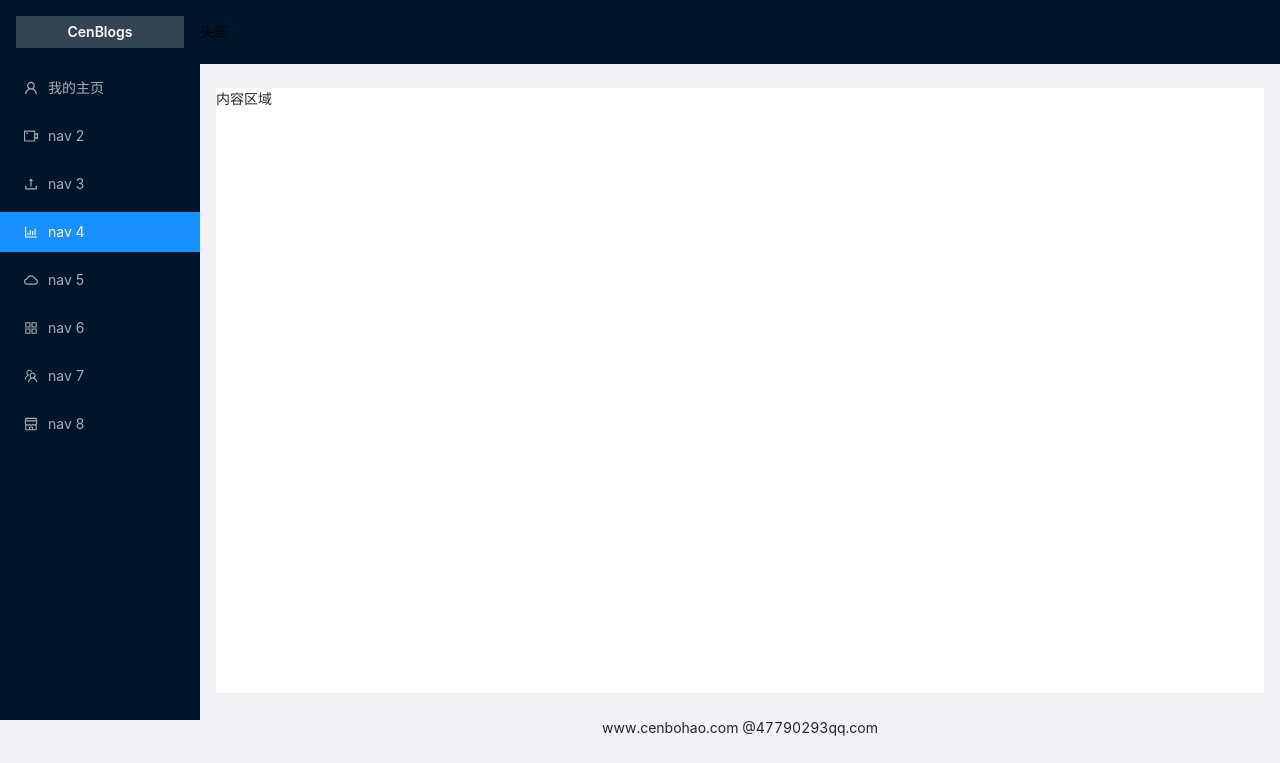
Repository: CBH20010703/bolgsweb
Page: / (app in blogs/)
These files come from the project's save history. The page is drawn as it stood at one moment and after the next save; the edit follows.
The browser window is 1280 px wide. The pictures show the whole page.
The project was rebuilt for these pictures with package versions that can differ from the ones it lists, and the page was loaded fresh each time. Also part of the build but not shown: blogs/src/component/Header/Headers.css, blogs/src/view/Home/Home.css, blogs/src/view/404/Error.jsx.

Above is the page before, as saved 2021-06-26 12:57:12.

### blogs/src/index.js
import React from 'react';
import ReactDOM from 'react-dom';
import './index.css';
import App from './App';



ReactDOM.render(<App />,document.getElementById('root'));

### blogs/src/App.js
import './App.css';
import { React, Component } from "react";
import Headers from './component/Header/Headers';
import MenuList from './component/Menu/MenuList';
import Footers from './component/Footer/Footers';
import RouterMap from './router/RouterMap';
import { Layout} from 'antd';

const {  Content, Sider } = Layout;
export default class  App extends Component {
  constructor(props) {
    super(props);
    this.state = {  collapsed: false, }
  }
   toggle = () => {
    this.setState({
      collapsed: !this.state.collapsed,
    });
  };
  render() {
    return (
      <Layout>
    <Sider
      style={{
        overflow: 'auto',
        height: '100vh',
        position: 'fixed',
        left: 0,
      }}
    >
       <MenuList/>
    </Sider>
    <Layout className="site-layout" style={{ marginLeft: 200 }}>
      <Headers></Headers>
          <Content style={{ margin: '24px 16px 0', overflow: 'initial', height: "84vh", background:"#fff" }}>
          <RouterMap />
      </Content>
      <Footers/>
    </Layout>
  </Layout>
    );
  }
}

### blogs/src/component/Header/Headers.jsx
import React, { Component } from 'react'
import { Layout } from 'antd';
import "./Headers.css"
const { Header } = Layout;
export default class Headers extends Component {
    render() {
        return (
            <div>
                <Header className="site-layout-background" style={{ padding: 0 }} > 头部</Header>
            </div>
        )
    }
}

### blogs/src/component/Menu/MenuList.jsx
import React, { Component } from 'react'
import { Menu } from 'antd';
import "./MenuList.css"
import {
  AppstoreOutlined,
  BarChartOutlined,
  CloudOutlined,
  ShopOutlined,
  TeamOutlined,
  UserOutlined,
  UploadOutlined,
  VideoCameraOutlined,
} from '@ant-design/icons';
export default class MenuList extends Component {
  render() {
    return (
      <div>
        <div className="logo" >
          CenBlogs
        </div>
        <Menu theme="dark" mode="inline" defaultSelectedKeys={['4']}>
          <Menu.Item key="1" icon={<UserOutlined />}>
            我的主页
          </Menu.Item>
          <Menu.Item key="2" icon={<VideoCameraOutlined />}>
            nav 2
          </Menu.Item>
          <Menu.Item key="3" icon={<UploadOutlined />}>
            nav 3
          </Menu.Item>
          <Menu.Item key="4" icon={<BarChartOutlined />}>
            nav 4
          </Menu.Item>
          <Menu.Item key="5" icon={<CloudOutlined />}>
            nav 5
          </Menu.Item>
          <Menu.Item key="6" icon={<AppstoreOutlined />}>
            nav 6
          </Menu.Item>
          <Menu.Item key="7" icon={<TeamOutlined />}>
            nav 7
          </Menu.Item>
          <Menu.Item key="8" icon={<ShopOutlined />}>
            nav 8
          </Menu.Item>
        </Menu>
      </div>
    )
  }
}

### blogs/src/component/Footer/Footers.jsx
import React, { Component } from 'react'
import { Layout } from 'antd';
const {  Footer } = Layout;
export default class Footers extends Component {
    render() {
        return (
            <div>
               <Footer style={{ textAlign: 'center' }}>www.cenbohao.com @47790293qq.com</Footer>
            </div>
        )
    }
}

### blogs/src/router/RouterMap.js
import React from 'react'
import { HashRouter, Route, Switch} from 'react-router-dom'
import Home from "../view/Home/Home.jsx";
import Error from "../view/404/Error.jsx";
export default class RouterMap  extends React.Component {
    render() {
        return (
            <HashRouter>
                <Switch>
                    <Route exact path="/" component={Home} />
                    <Route  path="*" component={Error} />
               </Switch>
            </HashRouter>
        )
    }
}

### blogs/src/component/Menu/MenuList.css
.logo {
    height: 32px;
    margin: 16px;
    background: rgba(255, 255, 255, 0.2);
    text-align: center;
    line-height: 32px;
    color: #fff;
    font-weight: 600;
}

### blogs/src/view/Home/Home.jsx
import React, { Component } from 'react'
import "./Home.css"
export default class Home extends Component {
    handleClick = e => {
        console.log('click ', e);
    };
    render() {
        return (
            <div >
                内容区域
            </div>
        )
    }
}

Loaded but not shown: blogs/public/index.html (common file); blogs/src/index.css (common file); blogs/src/App.css (common file)

After the next save:
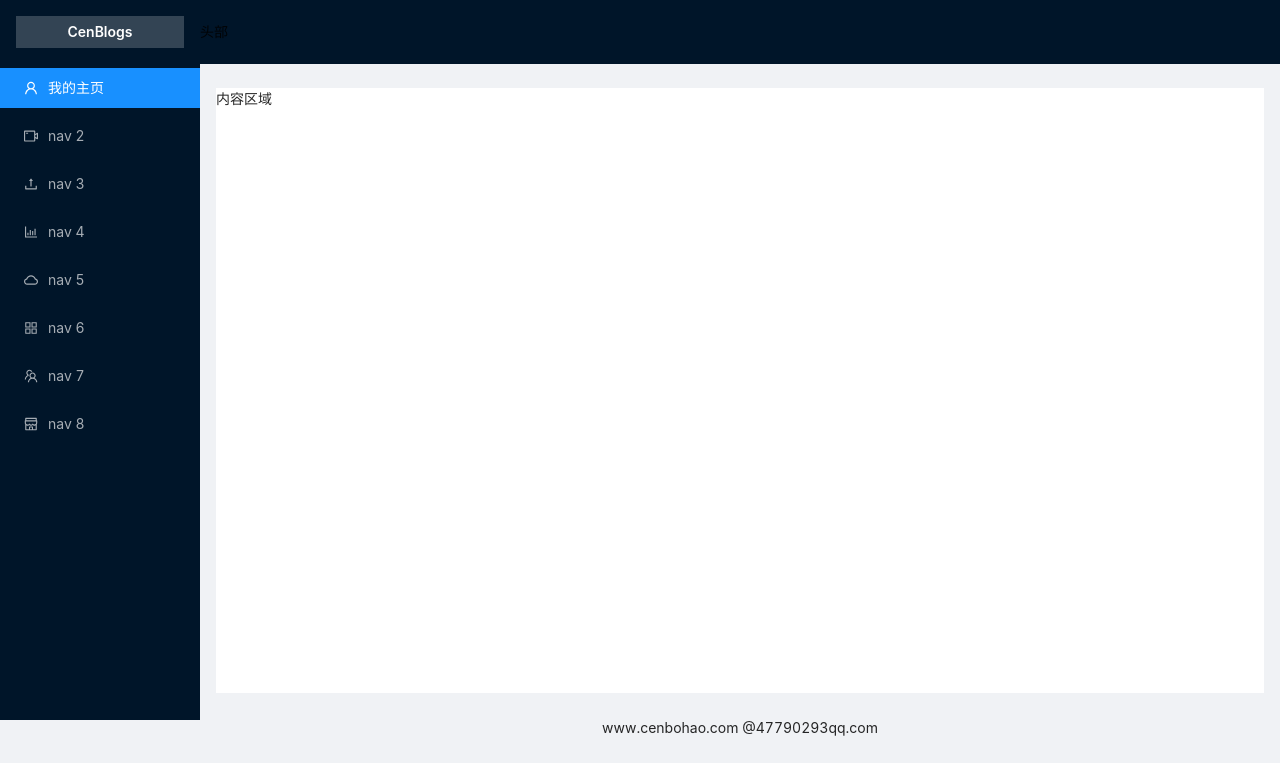
Saved 38 s later.
--- a/blogs/src/component/Menu/MenuList.jsx
+++ b/blogs/src/component/Menu/MenuList.jsx
@@ -18,7 +18,7 @@ export default class MenuList extends Component {
         <div className="logo" >
           CenBlogs
         </div>
-        <Menu theme="dark" mode="inline" defaultSelectedKeys={['4']}>
+        <Menu theme="dark" mode="inline" defaultSelectedKeys={['1']}>
           <Menu.Item key="1" icon={<UserOutlined />}>
             我的主页
           </Menu.Item>
